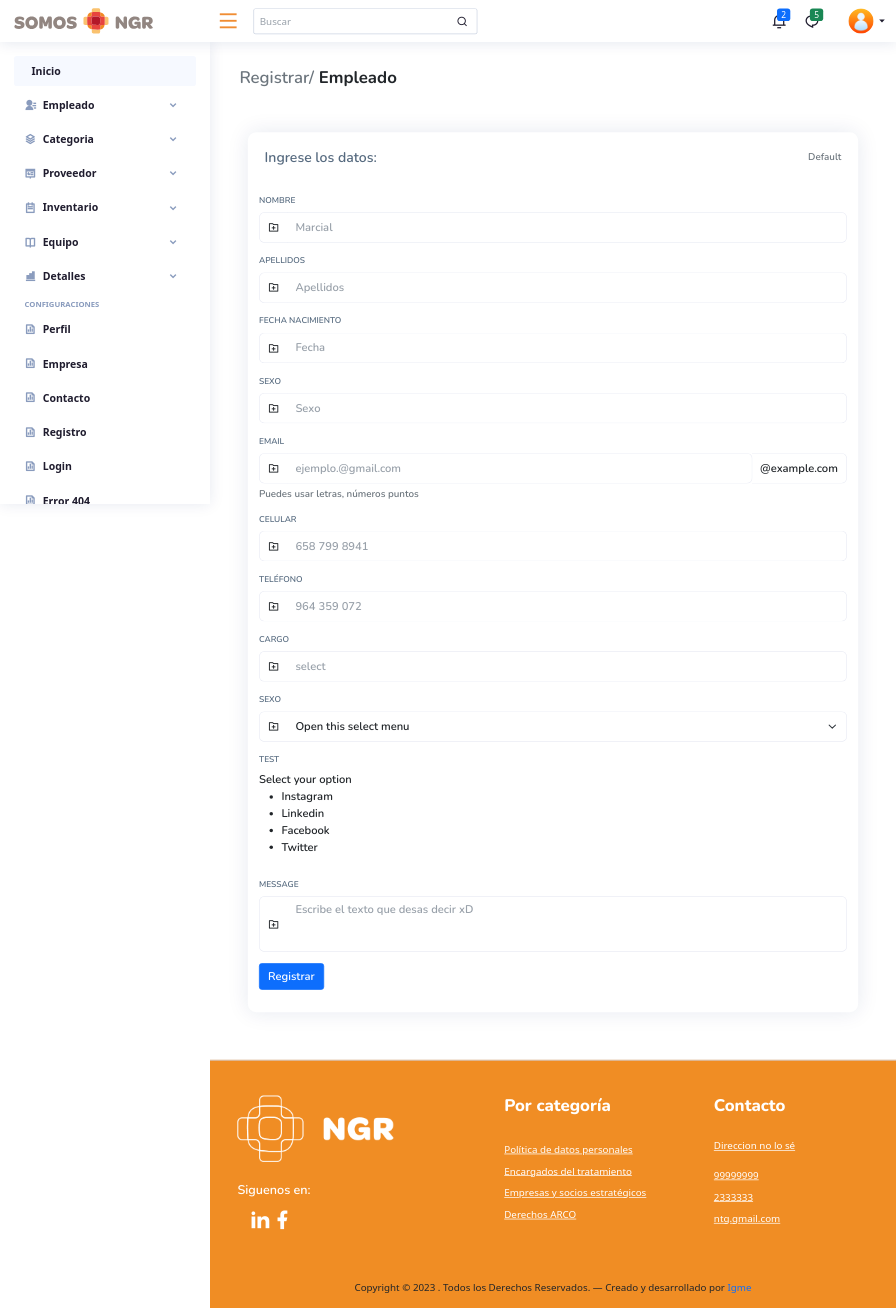
Repository: igmeMarcial/ProyectoLP-2023
Page: http://localhost/proyectoLP_2023/RegistrarEmpleado.jsp
These files come from the project's save history. The page is drawn as it stood at one moment and after the next save; the edit follows.
The browser window is 1280 px wide. The pictures show the whole page, at 70% of full size.
Some web fonts or font styles are not loaded; a fallback is used. The page is served by Tomcat 9. The template is opened directly, without the code that normally fills it, so the values that code supplies are empty.

Above is the page before, as saved 2023-03-24 01:21:20.

After the next save:
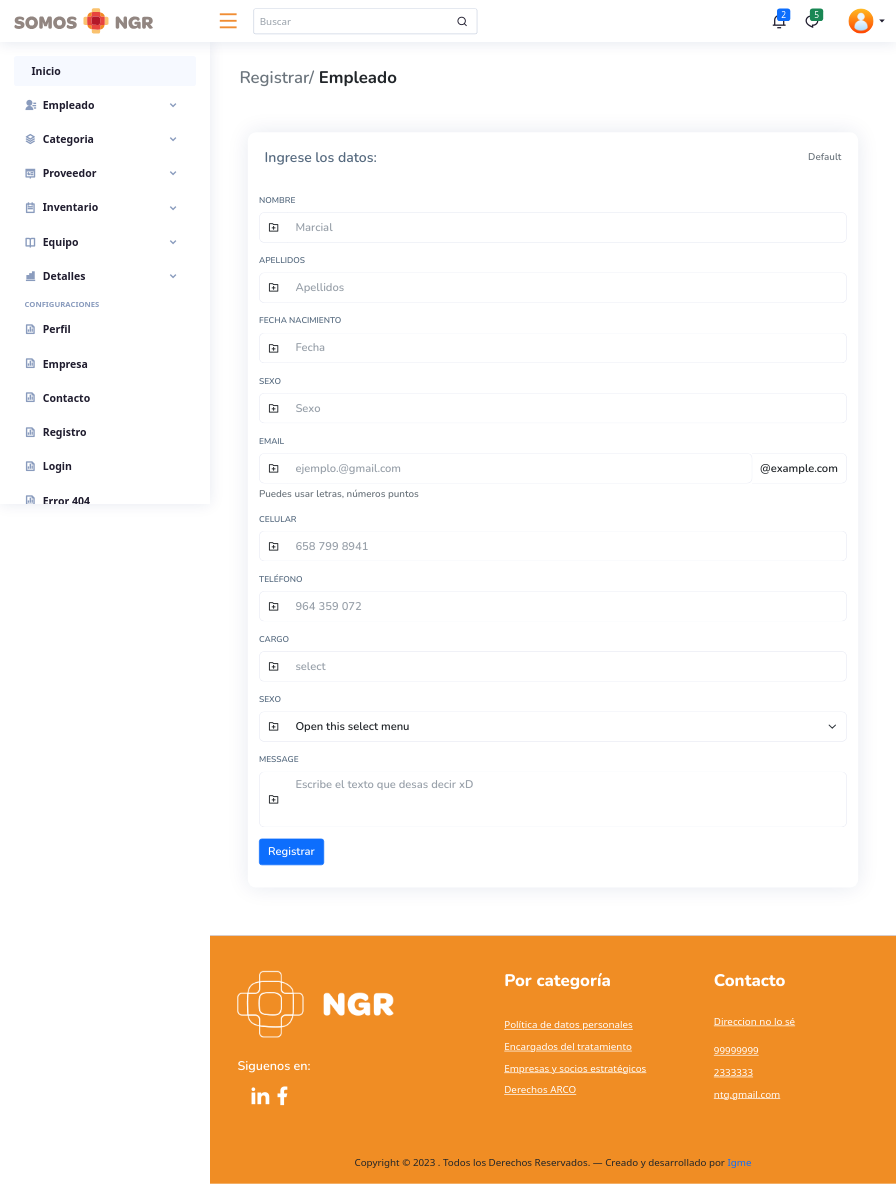
Saved 39 s later.
--- a/proyectoLP_2023/WebContent/RegistrarEmpleado.jsp
+++ b/proyectoLP_2023/WebContent/RegistrarEmpleado.jsp
@@ -30,7 +30,6 @@
 		  <script src="https://code.jquery.com/jquery-3.6.0.js"></script>
 		  <script src="https://code.jquery.com/ui/1.13.2/jquery-ui.js"></script>
 		  <script>
-
 
 		  </script>
 		  <script>
@@ -388,36 +387,7 @@
 											</select>
 										</div>
 									</div>
-									<div class="mb-3">
-										<label class="form-label" for="basic-icon-default-phone labelCustom">test</label>
-										<div class="input-group input-group-merge">
-											<div class="select-menuForm  active">
-											  <div class="select-btn">
-											    <span class="sBtn-text">Select your option</span>
-											    <i class="bx bx-chevron-down"></i>
-											  </div>
-
-											  <ul class="options">
-											    <li class="option">
-											      <i class="bx bxl-instagram-alt" style="color: #E1306C;"></i>
-											      <span class="option-text">Instagram</span>
-											    </li>
-											    <li class="option">
-											      <i class="bx bxl-linkedin-square" style="color: #0E76A8;"></i>
-											      <span class="option-text">Linkedin</span>
-											    </li>
-											    <li class="option">
-											      <i class="bx bxl-facebook-circle" style="color: #4267B2;"></i>
-											      <span class="option-text">Facebook</span>
-											    </li>
-											    <li class="option">
-											      <i class="bx bxl-twitter" style="color: #1DA1F2;"></i>
-											      <span class="option-text">Twitter</span>
-											    </li>
-											  </ul>
-											</div>
-										</div>
-									</div>
+
 
 									<div class="mb-3">
 										<label class="form-label" for="basic-icon-default-message ">Message</label>
